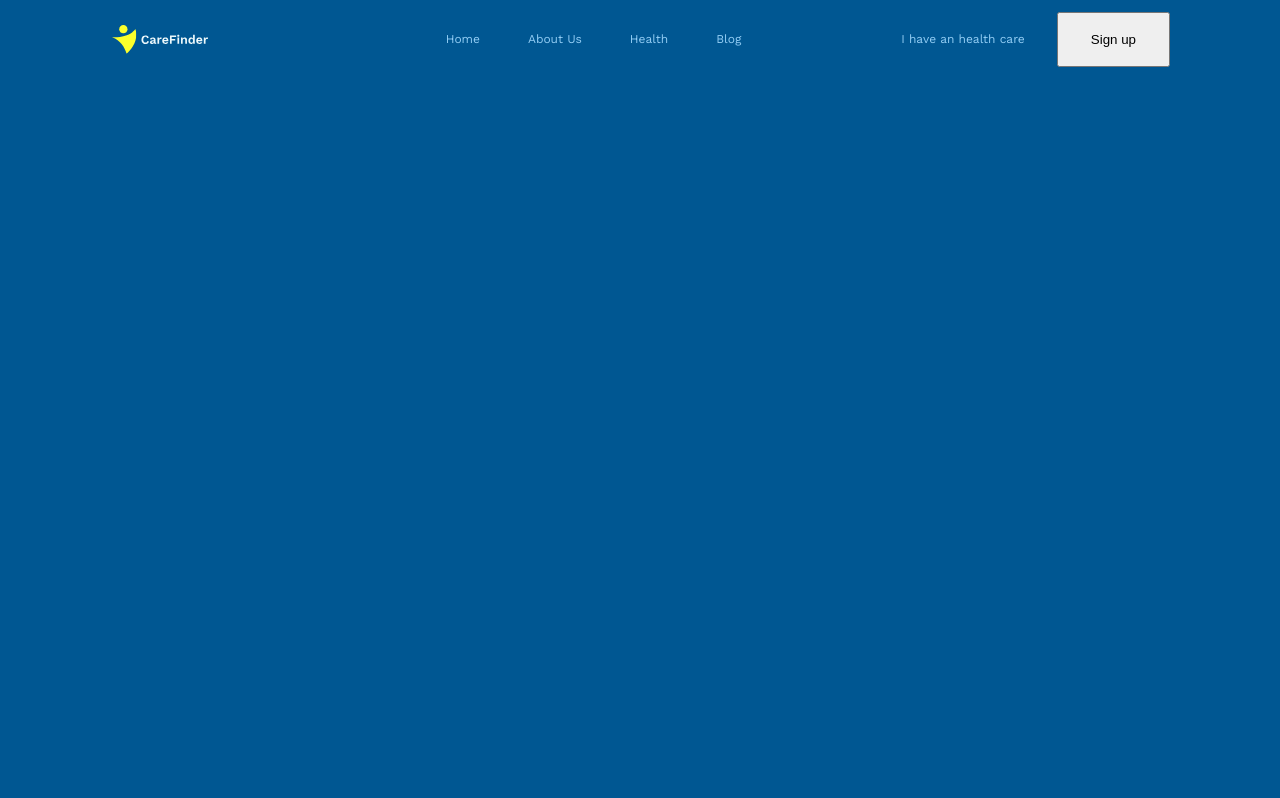
Repository: PreciousOritsedere/Carefinder-App
Page: /
An editor plug-in stored every save of this project. The page is shown before and after a run of saves, followed by the edit.
The browser window is 1280 px wide. The pictures show the whole page.
The project was rebuilt for these pictures with package versions that can differ from the ones it lists, and the page was loaded fresh each time. The framework's server and built-in components were replaced by stand-ins that run in the browser. Also part of the build but not shown: next.config.js, src/Components/Nav_Menu/NavMenu.js.

Above is the page before, as saved 2023-06-12 19:28:39.

After the next 6 saves:
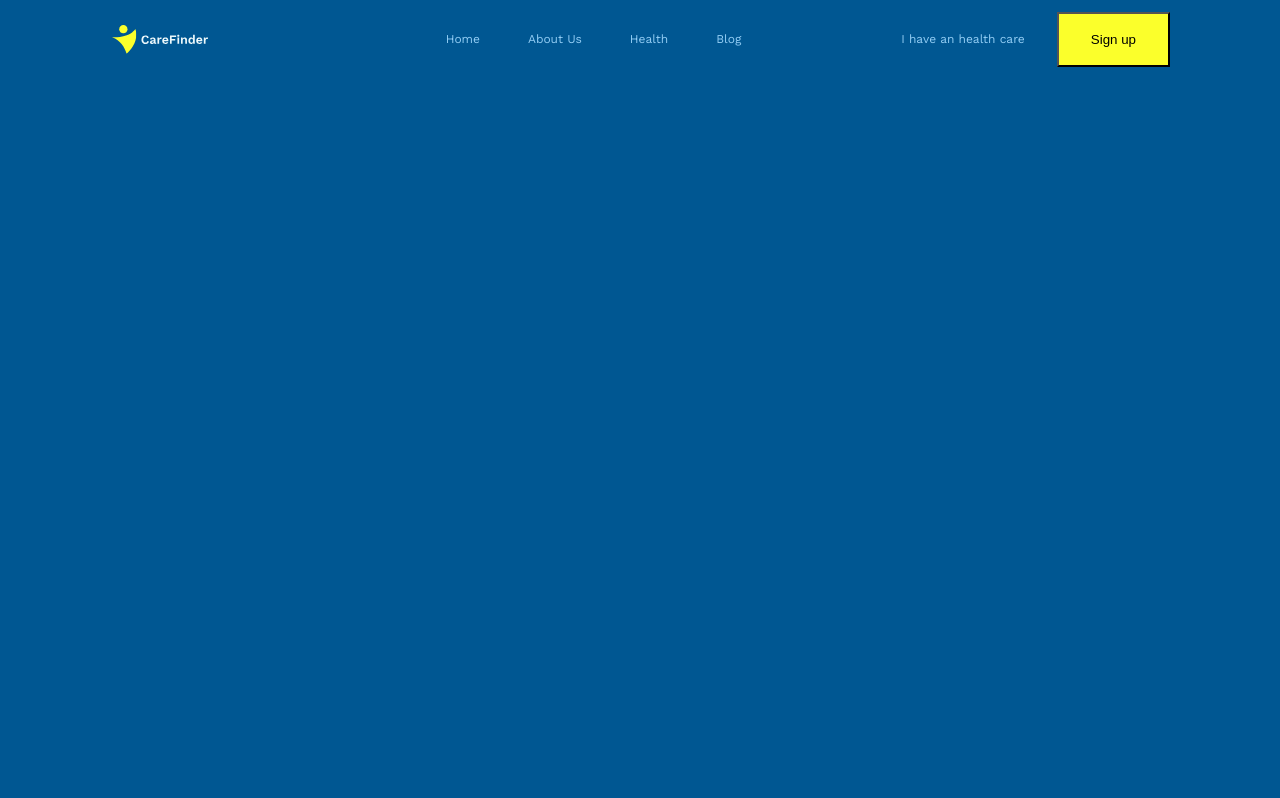
The 6 saves are shown as one change because they came seconds apart.
The last was saved 18 s later.
--- a/src/Components/Nav/Nav.module.css
+++ b/src/Components/Nav/Nav.module.css
@@ -53,7 +53,8 @@
 
 .nav_signup button {
     padding: 18px 32px;
-
+    background-color: #FBFF2B;
+    color: ;
 }
 
 @media screen and (min-width: 768px) {
